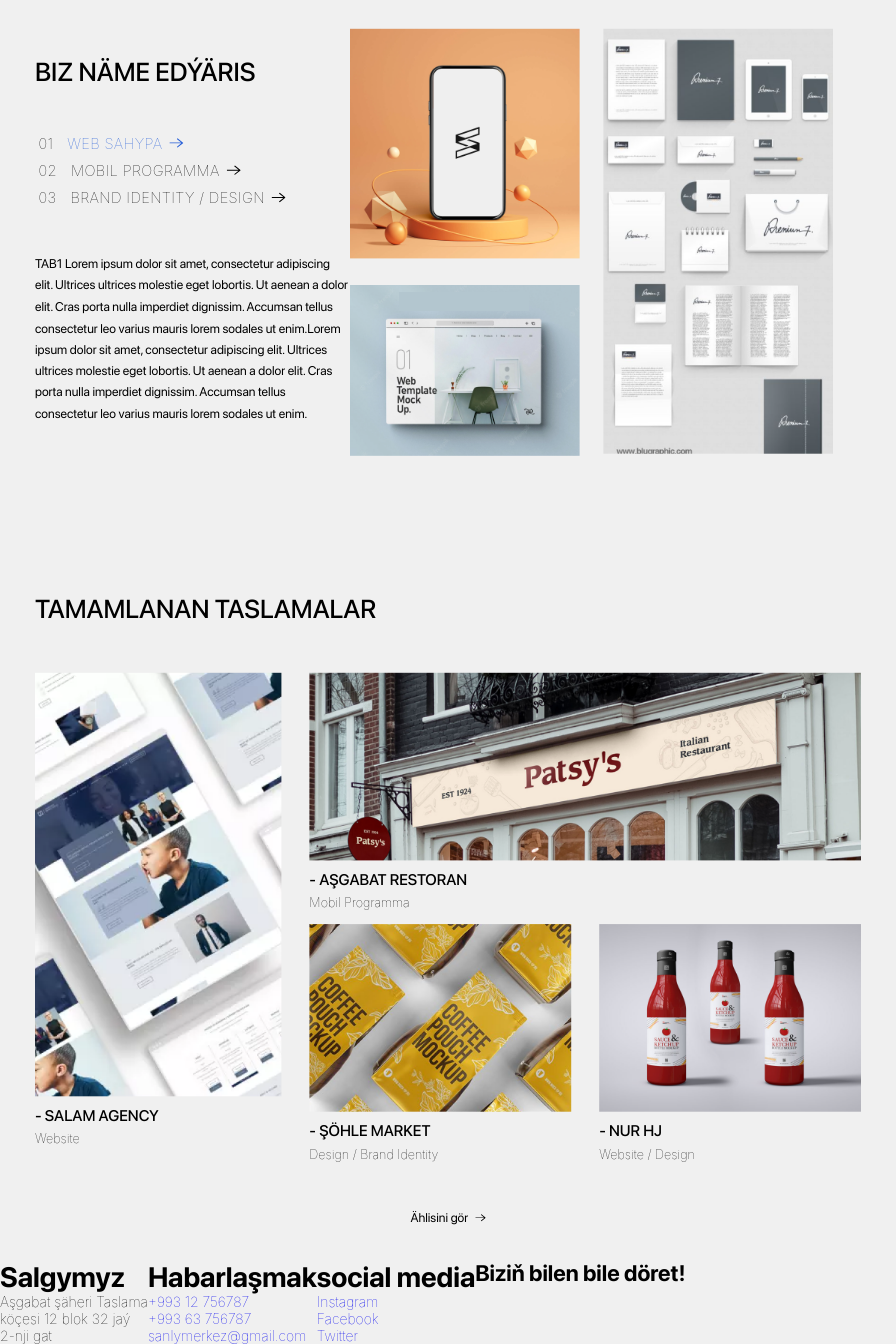
Repository: Meylis7/Sanly-Merkez-Web
Page: main.html
The author's editor kept a copy of each file at every save. The page is drawn from the files as they stood at one save, then again after the next save.
The browser window is 1280 px wide. The pictures show the part of the page from y = 1363 to 3283 px (the page is 3283 px tall before and 3244 px after), at 70% of full size.
Some web fonts or font styles are not loaded; a fallback is used.

Above is the page before, as saved 2022-04-29 18:48:58.

After the next save:
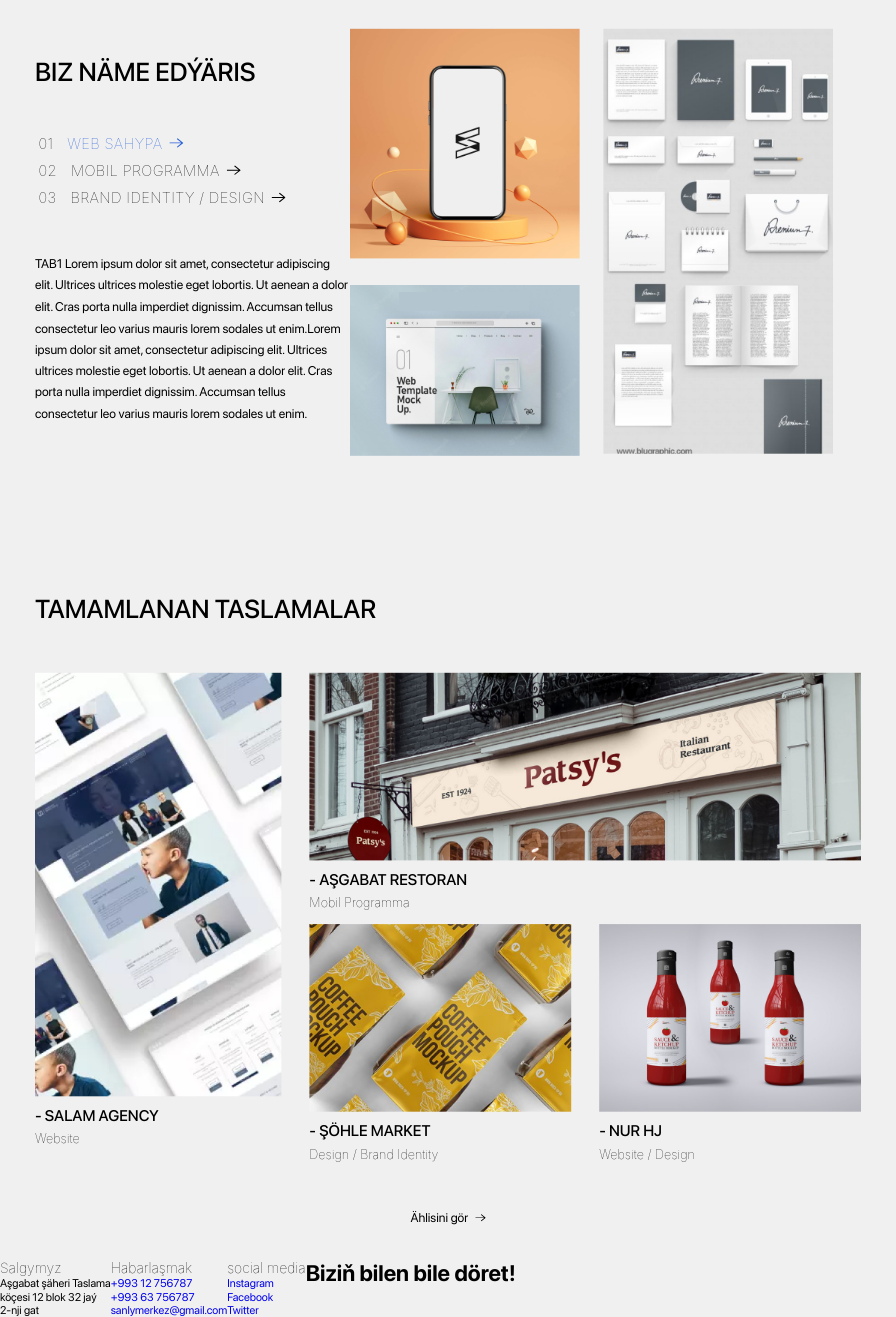
Saved 11 s later.
--- a/css/main.css
+++ b/css/main.css
@@ -580,7 +580,7 @@ header .btn{
   display: flex;
   flex-direction: column;
 }
-.footer-links{
+.footer-links h1 {
   font-size: 20px;
   font-weight: 100;
 }
